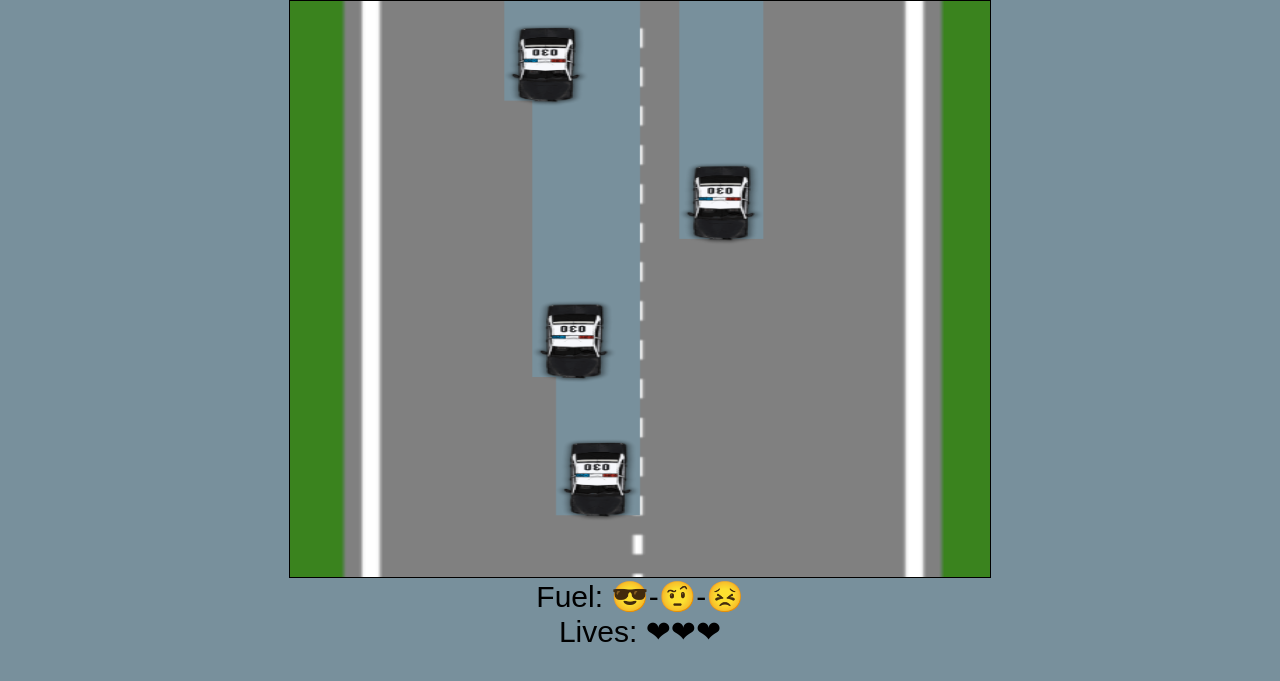
Repository: ChristianGecchelin/ironCarGame
Page: canvas.html
These files come from the project's save history. The page is drawn as it stood at one moment and after the next save; the edit follows.
The browser window is 1280 px wide. The pictures show the whole page.

Above is the page before, as saved 2022-06-14 11:51:11.

After the next save:
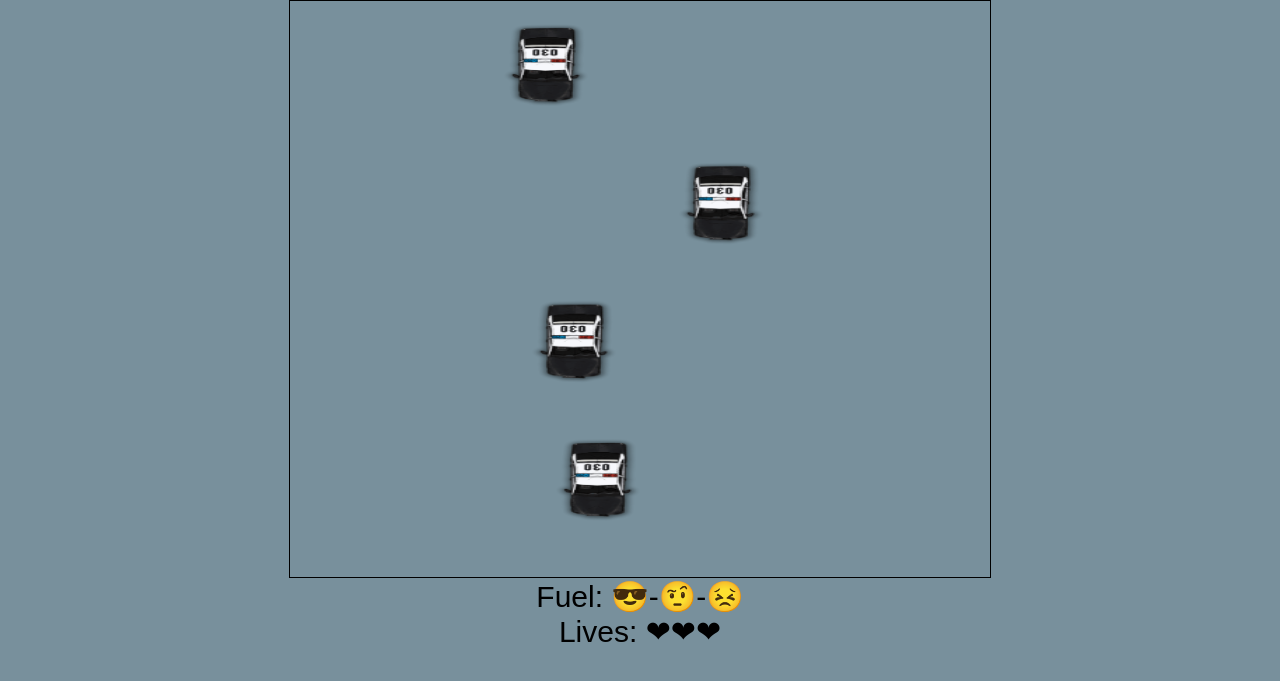
Saved 64 s later.
--- a/src/index.js
+++ b/src/index.js
@@ -30,7 +30,6 @@
   player.dibujar();
   setInterval(jugar, 50);
   ctx.clearRect(0, 0, canvas.width, canvas.height);
-  setInterval(backgroundImage.draw(), 50);
   setInterval(createEnemies, 1200);
 };
 const moverCoche = (e) => {

After the save that followed:
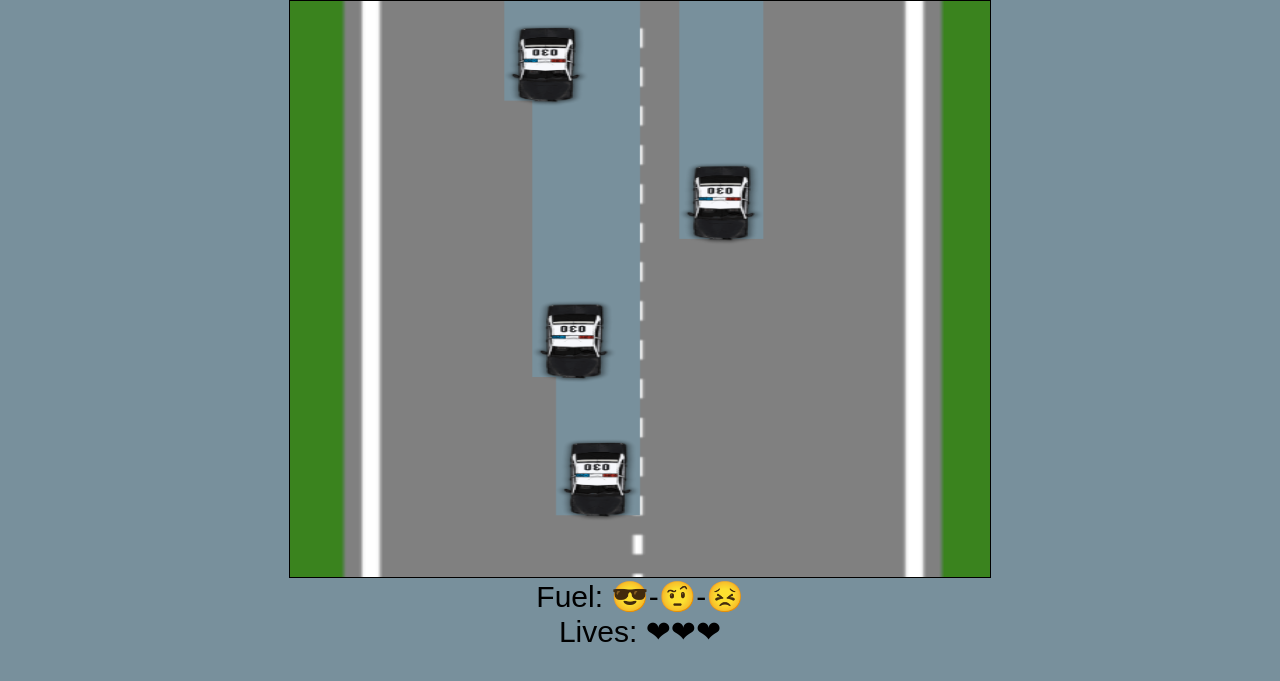
Saved 6 s later.
--- a/src/index.js
+++ b/src/index.js
@@ -30,6 +30,7 @@
   player.dibujar();
   setInterval(jugar, 50);
   ctx.clearRect(0, 0, canvas.width, canvas.height);
+  setInterval(backgroundImage.draw(), 50);
   setInterval(createEnemies, 1200);
 };
 const moverCoche = (e) => {
